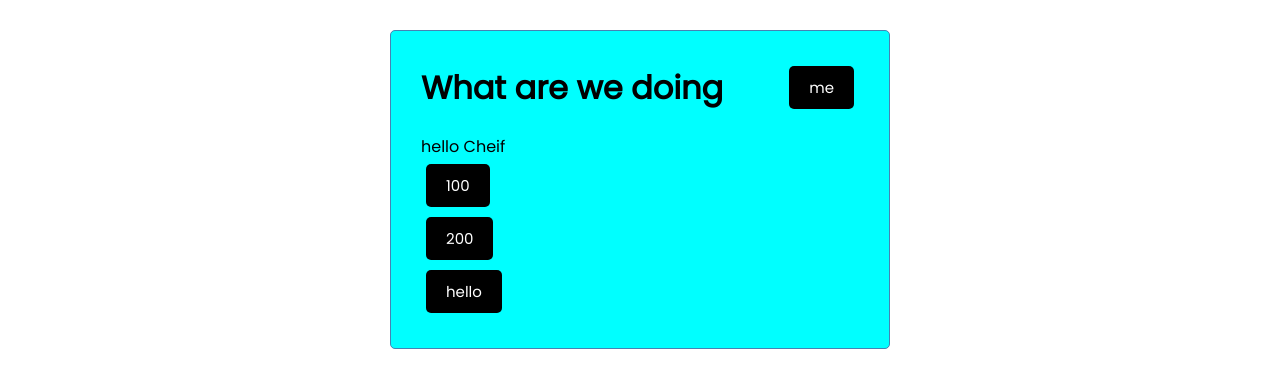
Repository: Jeffkw213/Learning_react
Page: / (app in myapp/)
An editor plug-in stored every save of this project. The page is shown before and after a run of saves, followed by the edit.
The browser window is 1280 px wide. The pictures show the whole page.
The project was rebuilt for these pictures with package versions that can differ from the ones it lists, and the page was loaded fresh each time.

Above is the page before, as saved 2021-04-30 13:49:45.

After the next 2 saves:
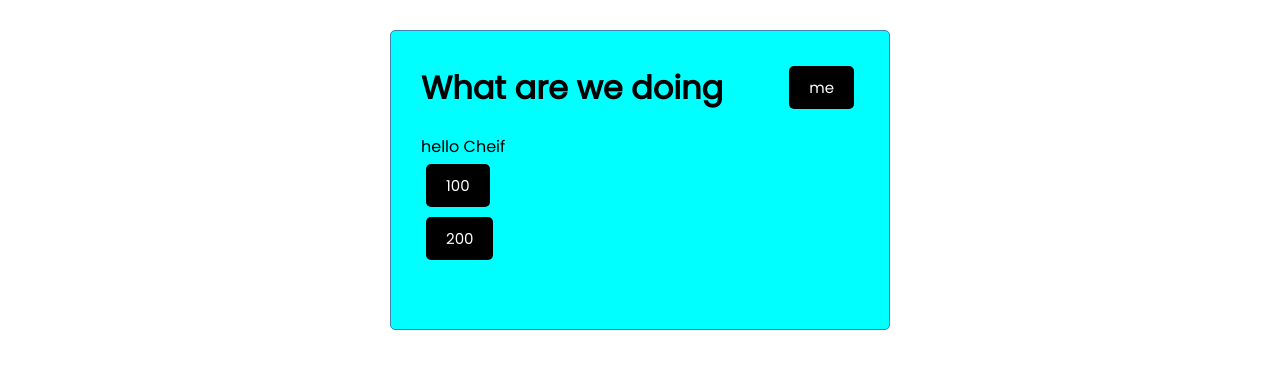
The 2 saves are shown as one change because they came seconds apart.
The last was saved 5 min 23 s later.
--- a/myapp/src/App.js
+++ b/myapp/src/App.js
@@ -11,7 +11,6 @@ function App() {
     <div className='container'>
       <Header />
       <Body />
-      <Button name= 'hello' />
     </div>
   );
 }
